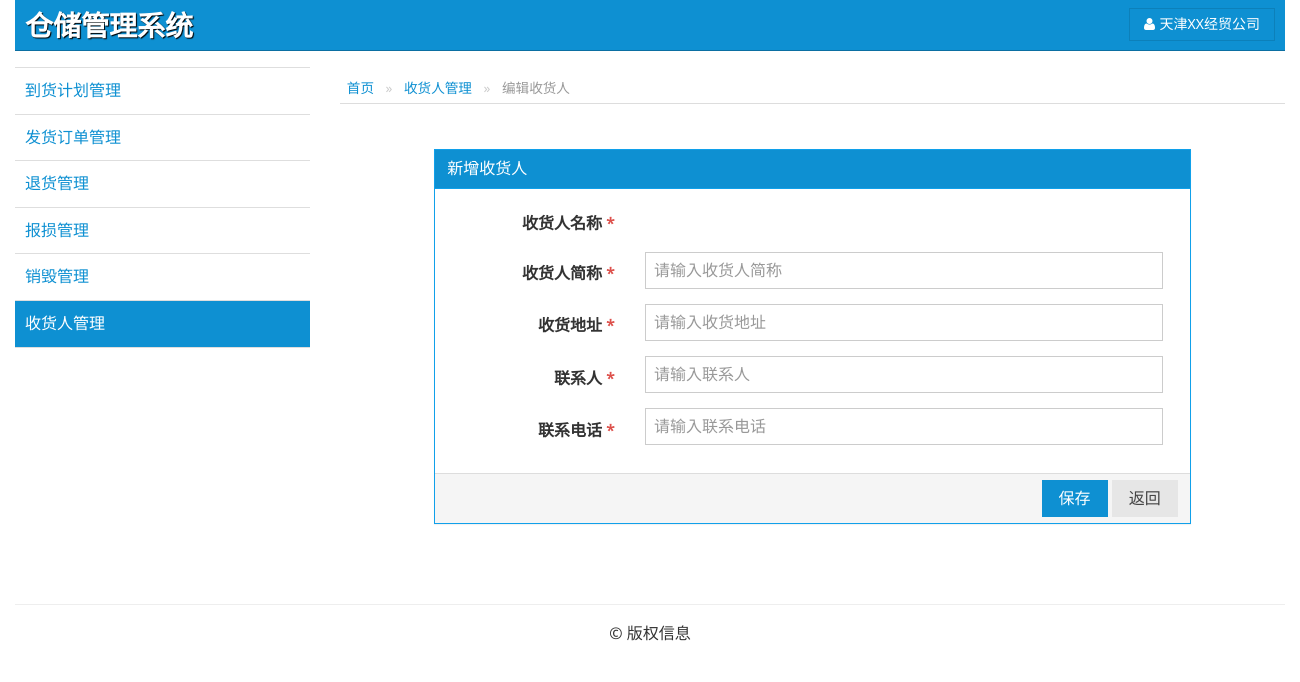
Repository: liuyouth/66
Page: http://localhost/syhz-web/WEB-INF/pages/recipient/edit.jsp
These files come from the project's save history. The page is drawn as it stood at one moment and after the next save; the edit follows.
The browser window is 1280 px wide. The page is 1300 px wide, so the pictures cover 1300 px, including what lies to the right of the window. The pictures show the whole page.
The page is served by Tomcat 9. Nobody is signed in. Other server files are loaded and not shown. The template is opened directly, without the code that normally fills it, so the values that code supplies are empty.

Above is the page before, as saved 2016-07-05 05:55:30.
Console error: SyntaxError: Unexpected token ';'

### syhz-web/WebContent/WEB-INF/pages/recipient/edit.jsp
<%@ page language="java" contentType="text/html; charset=UTF-8" pageEncoding="UTF-8"%>

<%@ include file="/WEB-INF/pages/inc/common.jspf"%>

</head>
<body class="am-container wm-container">

	<!-- header start -->
	<%@ include file="/WEB-INF/pages/inc/header.jsp"%>
	<!-- header end -->

	<div class="am-g">

		<!-- nav start -->
		<%@ include file="/WEB-INF/pages/inc/nav.jsp"%>
		<!-- nav end -->

		<div class="am-u-sm-9">
			<ol class="am-breadcrumb wm-breadcrumb">
				<li><a href="${basePath}/index/view">首页</a></li>
				<li><a href="${basePath}/recipient/list/view">收货人管理</a></li>
				<li class="am-active">编辑收货人</li>
			</ol>
			<hr class="wm-hr">
			<!-- context start -->
			<div class="am-u-sm-10 am-u-sm-centered">
				<form id="addForm" class="am-form wm-form am-form-horizontal" method="post" >
					<div class="am-panel am-panel-primary wm-panel">
						<div class="am-panel-hd">新增收货人</div>
						<div class="am-panel-bd">
							<div class="am-form-group">
								<label class="am-u-sm-3 am-form-label"> 收货人名称<span
									class="am-text-danger">&nbsp;*</span>
								</label>
								<div class="am-u-sm-9">
									<input type="hidden" name="recipientId" >
									<span type="text" name="recipientName" maxlength="50"
										datatype="*" placeholder="请输入收货人名称"></span>
								</div>
							</div>
							<div class="am-form-group">
								<label class="am-u-sm-3 am-form-label"> 收货人简称<span
									class="am-text-danger">&nbsp;*</span>
								</label>
								<div class="am-u-sm-9">
									<input type="text" name="recipientCode" maxlength="20"
										datatype="*" placeholder="请输入收货人简称">
								</div>
							</div>
							<div class="am-form-group">
								<label class="am-u-sm-3 am-form-label"> 收货地址<span
									class="am-text-danger">&nbsp;*</span>
								</label>
								<div class="am-u-sm-9">
									<input type="text" name="recipientAddress" maxlength="100"
										datatype="*" placeholder="请输入收货地址">
								</div>
							</div>
							<div class="am-form-group">
								<label class="am-u-sm-3 am-form-label"> 联系人<span
									class="am-text-danger">&nbsp;*</span>
								</label>
								<div class="am-u-sm-9">
									<input type="text" name="recipientContact" maxlength="20"
										datatype="*" placeholder="请输入联系人">
								</div>
							</div>
							<div class="am-form-group">
								<label class="am-u-sm-3 am-form-label"> 联系电话<span
									class="am-text-danger">&nbsp;*</span>
								</label>
								<div class="am-u-sm-9">
									<input type="text" name="recipientContactPhone" maxlength="20"
										datatype="*" placeholder="请输入联系电话">
								</div>
							</div>
						</div>
						<footer class="am-panel-footer">
							<div class="am-g">
								<label class="am-u-sm-3 am-form-label"></label>
								<div class="am-u-sm-9" style="text-align: right;">
									<button type="button" id="submitBtn"
										class="am-btn am-btn-primary">保存</button>
									<button type="button" class="am-btn am-btn-default"
										onclick="javascript:history.back(-1);">返回</button>
								</div>
							</div>
						</footer>
					</div>
				</form>
			</div>
			<!-- context end -->
		</div>
	</div>

	<!-- modal start -->
	<%@ include file="/WEB-INF/pages/inc/modal.jsp"%>
	<!-- modal end -->

	<!-- footer start -->
	<%@ include file="/WEB-INF/pages/inc/footer.jsp"%>
	<!-- footer end -->
	<script type="text/javascript">
	var id = ${param.id};
	</script>
	<script type="text/javascript" src="${basePath }/js/app/recipient/edit.js"></script>
</body>
</html>

### syhz-web/WebContent/WEB-INF/pages/inc/common.jspf
<%@ page language="java" pageEncoding="utf-8"%>
<%
	String basePath = request.getContextPath();
	request.setAttribute("basePath", basePath);
%>
<!DOCTYPE html>
<html class="no-js">
<head>
	<meta charset="utf-8">
	<meta http-equiv="X-UA-Compatible" content="IE=edge">
	<meta name="description" content="">
	<meta name="keywords" content="">
	<!--<meta name="viewport" content="width=device-width, initial-scale=1.0, minimum-scale=1.0, maximum-scale=1.0, user-scalable=no">-->
	<title>仓储管理系统</title>
	<!-- Set render engine for 360 browser -->
	<meta name="renderer" content="webkit">
	<!-- No Baidu Siteapp-->
	<meta http-equiv="Cache-Control" content="no-siteapp"/>

	<link rel="stylesheet" href="${basePath }/js/lib/amaze/css/amazeui.min.css">
	<link rel="stylesheet" href="${basePath }/js/lib/amaze/css/app.css">

	<!-- datatables-master -->
	<link rel="stylesheet" href="${basePath }/js/lib/datatables-master/amazeui.datatables.min.css">

	<link rel="stylesheet" href="${basePath }/css/common.css">

	<script type="text/javascript" src="${basePath }/js/lib/jquery/jquery-1.10.0.js"></script>

	<!--[if (gte IE 9)|!(IE)]><!-->
	<script type="text/javascript" src="${basePath }/js/lib/amaze/js/jquery.min.js"></script>
	<!--<![endif]-->
	<!--[if lte IE 8 ]>
	<script type="text/javascript" src="http://cdn.staticfile.org/modernizr/2.8.3/modernizr.js"></script>
	<script type="text/javascript" src="${basePath }/js/lib/amaze/js/amazeui.ie8polyfill.min.js"></script>
	<![endif]-->
	<script type="text/javascript" src="${basePath }/js/lib/amaze/js/amazeui.min.js"></script>

	<!-- My97DatePicker -->
	<script type="text/javascript" src="${basePath }/js/lib/My97DatePicker/WdatePicker.js"></script>

	<!-- datatables-master -->
	<script type="text/javascript" src="${basePath }/js/lib/datatables-master/amazeui.datatables.min.js"></script>

	<!-- jquery form -->
	<script type="text/javascript" src="${basePath }/js/lib/jquery/jquery.form.js"></script>

	<!-- Validform -->
	<script type="text/javascript" src="${basePath }/js/lib/Validform/Validform_v5.3.2.js"></script>
	<script type="text/javascript" src="${basePath }/js/lib/Validform/Validform_Datatype.js"></script>

	<script>
	$.ajaxSetup ({
		cache: false //close AJAX cache
	});
	var basePath = "${basePath}";
	</script>

### syhz-web/WebContent/WEB-INF/pages/inc/header.jsp
<%@ page language="java" contentType="text/html; charset=UTF-8" pageEncoding="UTF-8"%>

<header id="hearderAnchor" class="am-topbar am-topbar-inverse">
	<h1 class="am-topbar-brand" style="color: #fff;">
		<strong style="cursor: pointer;font-size: 28px;text-shadow: 1px 1px 1px #000;">仓储管理系统</strong>
	</h1>
	<div class="am-fr" style="margin-right: 10px;">
		<div class="am-btn-group">
			<div class="am-dropdown" data-am-dropdown>
				<button class="am-btn am-btn-primary am-topbar-btn am-btn-sm am-dropdown-toggle" data-am-dropdown-toggle>
					<span class="am-icon-user"></span> 天津XX经贸公司
				</button>
				<ul class="am-dropdown-content">
					<li>
						<a href="javascript:showEditPasswordModal();">修改密码</a>
					</li>
					<li class="am-divider"></li>
					<li>
						<a href="${basePath}/login/view" >
							<span class="am-icon-power-off"></span> 退出
						</a>
					</li>
				</ul>
			</div>
		</div>
	</div>
</header>

<!-- edit password modal start -->
<div class="am-modal am-modal-prompt" tabindex="-1" id="headerEditPasswordModal">
	<div class="am-modal-dialog">
		<div class="am-modal-hd">修改密码</div>
		<div class="am-modal-bd wm-modal-bd">
			<form id="headerEditPasswordForm" class="am-form am-form-horizontal">
				<div class="am-form-group">
					<label class="am-u-sm-3 am-form-label">
						旧密码<span class="am-text-danger">&nbsp;*</span>
					</label>
					<div class="am-u-sm-9">
						<input type="text" placeholder="请输入旧密码">
					</div>
				</div>
				<div class="am-form-group">
					<label class="am-u-sm-3 am-form-label">
						新密码<span class="am-text-danger">&nbsp;*</span>
					</label>
					<div class="am-u-sm-9">
						<input type="text" placeholder="请输入新密码">
					</div>
				</div>
				<div class="am-form-group">
					<label class="am-u-sm-3 am-form-label">
						密码确认<span class="am-text-danger">&nbsp;*</span>
					</label>
					<div class="am-u-sm-9">
						<input type="text" placeholder="请再次输入新密码">
					</div>
				</div>
			</form>
		</div>
		<div class="am-modal-footer">
			<span class="am-modal-btn wm-modal-cancel-btn" data-am-modal-cancel>取消</span>
			<span class="wm-modal-btn" onclick="javascript:void(0);">确定</span>
		</div>
	</div>
</div>
<!-- edit password modal end -->

<script type="text/javascript" src="${basePath }/js/app/inc/header.js"></script>

### syhz-web/WebContent/WEB-INF/pages/inc/nav.jsp
<%@ page language="java" contentType="text/html; charset=UTF-8" pageEncoding="UTF-8"%>

<div class="am-u-sm-3">
	<ul class="am-list admin-sidebar-list" id="wm-nav">

		<li id="nav-1">
			<a href="javascript:void(0);" onclick="javascript:jumpTo('arrival_plan/list');">
				<span class="am-margin-left-sm">到货计划管理</span>
			</a>
		</li>

		<li id="nav-2">
			<a href="javascript:void(0);" onclick="javascript:jumpTo('deliver_order/list');">
				<span class="am-margin-left-sm">发货订单管理</span>
			</a>
		</li>

		<li id="nav-3">
			<a href="javascript:void(0);" onclick="javascript:jumpTo('return_goods/list');">
				<span class="am-margin-left-sm">退货管理</span>
			</a>
		</li>

		<li id="nav-4">
			<a href="javascript:void(0);" onclick="javascript:jumpTo('damage/list');">
				<span class="am-margin-left-sm">报损管理</span>
			</a>
		</li>

		<li id="nav-5">
			<a href="javascript:void(0);" onclick="javascript:jumpTo('destroy/list');">
				<span class="am-margin-left-sm">销毁管理</span>
			</a>
		</li>

		<li id="nav-6">
			<a href="javascript:void(0);" onclick="javascript:jumpTo('recipient/list');">
				<span class="am-margin-left-sm">收货人管理</span>
			</a>
		</li>

	</ul>
</div>

<script type="text/javascript" src="${basePath }/js/app/inc/nav.js"></script>

### syhz-web/WebContent/WEB-INF/pages/inc/modal.jsp
<%@ page language="java" contentType="text/html; charset=UTF-8" pageEncoding="UTF-8"%>

<div class="am-modal am-modal-alert" tabindex="-1" id="wm-alert">
	<div class="am-modal-dialog">
		<div class="am-modal-hd">
			系统消息
		</div>
		<div class="am-modal-bd">
			<span id="wm-alert-modal-show-msg-span"></span>
		</div>
		<div class="am-modal-footer">
			<span class="am-modal-btn">确定</span>
		</div>
	</div>
</div>

<div class="am-modal am-modal-confirm" tabindex="-1" id="wm-confirm">
	<div class="am-modal-dialog">
		<div class="am-modal-hd">
			系统消息
		</div>
		<div class="am-modal-bd">
			<span id="wm-confirm-modal-show-msg-span"></span>
		</div>
		<div class="am-modal-footer">
			<span class="am-modal-btn wm-modal-cancel-btn" data-am-modal-cancel>取消</span>
			<span class="am-modal-btn" data-am-modal-confirm>确定</span>
		</div>
	</div>
</div>

<div class="am-modal am-modal-loading am-modal-no-btn" tabindex="-1" id="wm-modal-loading">
	<div class="am-modal-dialog">
		<div class="am-modal-hd">处理中，请稍后...</div>
		<div class="am-modal-bd">
			<span class="am-icon-spinner am-icon-spin"></span>
		</div>
	</div>
</div>

<script type="text/javascript" src="${basePath }/js/app/inc/modal.js"></script>

### syhz-web/WebContent/WEB-INF/pages/inc/footer.jsp
<%@ page language="java" contentType="text/html; charset=UTF-8" pageEncoding="UTF-8"%>

<div class="footer" style="height: 100px;margin-top: 50px;">
	<hr>
	<div class="am-g">
		<div class="am-u-sm-6 am-u-sm-centered" style="text-align:center;">
			<p>© 版权信息</p>
		</div>
	</div>
</div>

### syhz-web/WebContent/css/common.css
body {

}

fieldset {
	margin: 0 0 0.7rem 0 !important;
	padding: 0 !important;
}

legend {
	margin: 0 !important;
	padding: 0 !important;
}

textarea {
	resize: none !important;
}

.wm-container {
	width: 100% !important;
	min-width: 1300px !important;
	max-width: 100% !important;
}

.wm-breadcrumb {
	margin: 0 !important;
	padding-bottom: 0;
}

.wm-form {
	padding: 10px 0;
}

.wm-hr {
	margin: 5px 0px !important;
	border-top: 1px solid #ddd;
}

.wm-nav-active {
	background-color: #0e90d2 !important;
}

.wm-nav-active a {
	color: #fff;
}

.wm-modal-bd {
	padding-top: 15px !important;
	border-top: 1px solid #dedede;
}

.wm-modal-btn {
	display: table-cell !important;
	padding: 0 5px;
	height: 44px;
	-webkit-box-sizing: border-box !important;
	box-sizing: border-box !important;
	font-size: 1.6rem;
	line-height: 44px;
	text-align: center;
	color: #0e90d2;
	display: block;
	word-wrap: normal;
	text-overflow: ellipsis;
	white-space: nowrap;
	overflow: hidden;
	cursor: pointer;
	border-right: 1px solid #dedede;
}

.wm-modal-cancel-btn {
	color: #999;
}

.wm-toTop {
	border: 1px solid #DDDDDD;
	width: 46px;
	height: 50px;
	position: fixed;
	bottom: 150px;
	right: 30px;
	z-index: 1009;
	background-color: white;
}

.wm-toTop:HOVER {
	cursor: pointer;
}

.wm-toTop a:HOVER {
	cursor: pointer;
	text-decoration: none;
}

.wm-toTop i {
	color: #DDDDDD;
}

.wm-toTop i:HOVER {
	color: #999;
}

.wm-toTop i:BEFORE {
	font-size: 300%;
	vertical-align: -22%;
}

.wm-table {
	margin-bottom: 0;
}

.wm-panel {
	margin-top: 30px;
}
/* lisi start */
.wm-inner-table-title {
	border-bottom: 1px solid #10a0ea;
}

.wm-inner-table-title-label {
	background-color: #10a0ea;
	color: #fff;
	margin: 0px;
	padding: .6em 1em;
	vertical-align: middle;
	line-height: 1.2;
	outline: 0;
}
/* top view start */
.wm-u-sm-12 {
	margin: 0 !important;
	padding: 0 !important;
}

.wm-grid {
	border: 1px solid #999;
	text-align: center;
	vertical-align: middle;
	float: left;
}

div.wm-grid:HOVER {
	cursor: pointer;
}

.wm-grid-a {
	width: 60px;
	height: 25px;
}

.wm-grid-e1 {
	width: 40px;
	height: 100px;
}

.wm-grid-e2 {
	width: 40px;
	height: 50px;
}

.wm-grid-e3 {
	width: 40px;
	height: 75px;
}

.wm-empty-line {
	height: 25px;
}

.wm-cell-disable {
	background-color: #999;
	color: #fff;
}

.wm-grid-a-cell {
	width: 50%;
	height: 50px;
}

.wm-grid-e1-cell {
	width: 25%;
	height: 50px;
}

.wm-grid-e2-cell {
	width: 50%;
	height: 50px;
}

.wm-grid-e3-cell {
	width: 33.33%;
	height: 50px;
}

.wm-grid-a-cell-split-x {
	width: 50%;
	float: left;
}

.wm-grid-a-cell-split-line-x {
	border-right: thin dashed #999;
}

.wm-grid-a-cell-split-y {
	width: 100%;
	height: 25px;
}

.wm-grid-a-cell-split-line-y {
	border-bottom: thin dashed #999;
}
/* top view end */
[class*=am-icon-] {
	margin-right: 1px;
}

.Validform_checktip {
	/*margin-left: 8px;
	line-height: 20px;
	height: 20px;
	overflow: hidden;
	color: #999;
	font-size: 12px;*/
}

.Validform_right {
	color: #71b83d;
	padding-left: 20px;
	background: url(../images/right.png) no-repeat left center;
}

.Validform_wrong {
	color: red;
	padding-left: 20px;
	white-space: nowrap;
	background: url(../images/error.png) no-repeat left center;
}

.Validform_loading {
	padding-left: 20px;
	background: url(../images/onLoad.gif) no-repeat left center;
}

.Validform_error {
	background-color: #ffe7e7;
}

#Validform_msg {
	color: #7d8289;
	font: 12px/1.5 tahoma, arial, \5b8b\4f53, sans-serif;
	width: 280px;
	-webkit-box-shadow: 2px 2px 3px #aaa;
	-moz-box-shadow: 2px 2px 3px #aaa;
	background: #fff;
	position: absolute;
	top: 0px;
	right: 50px;
	z-index: 99999;
	display: none;
	filter: progid:DXImageTransform.Microsoft.Shadow(Strength=3, Direction=135,
		Color='#999999');
}

#Validform_msg .iframe {
	position: absolute;
	left: 0px;
	top: -1px;
	z-index: -1;
}

#Validform_msg .Validform_title {
	line-height: 25px;
	height: 25px;
	text-align: left;
	font-weight: bold;
	padding: 0 8px;
	color: #fff;
	position: relative;
	background-color: #000;
}

#Validform_msg a.Validform_close:link, #Validform_msg a.Validform_close:visited
	{
	line-height: 22px;
	position: absolute;
	right: 8px;
	top: 0px;
	color: #fff;
	text-decoration: none;
}

#Validform_msg a.Validform_close:hover {
	color: #cc0;
}

#Validform_msg .Validform_info {
	padding: 8px;
	border: 1px solid #000;
	border-top: none;
	text-align: left;
}
/* lisi end */

/* mujianling start */
/* mujianling end */

### syhz-web/WebContent/js/app/inc/header.js
function showEditPasswordModal() {
	$('#headerEditPasswordForm').form('clear');
	$('#headerEditPasswordModal').modal('open');
}

### syhz-web/WebContent/js/app/inc/nav.js
function toggleNav(f, s, t) {
	if (t != 0 && s != 0) {
		$("#nav-" + f).collapse('toggle');
		$("#nav-" + f + "-" + s).collapse('toggle');
		$("#nav-" + f + "-" + s + "-" + t).addClass("wm-nav-active");
	} else {
		if (s != 0) {
			$("#nav-" + f).collapse('toggle');
			$("#nav-" + f + "-" + s).addClass("wm-nav-active");
		} else {
			$("#nav-" + f).addClass("wm-nav-active");
		}
	}
}
function jumpTo(p) {
	window.location.href = basePath + "/" + p + "/view";
}

### syhz-web/WebContent/js/app/inc/modal.js
function alertWm(msg, okfn) {
	$("#wm-alert-modal-show-msg-span").text(msg);
	$('#wm-alert').on('closed.modal.amui', function() {
		if (okfn != undefined) {
			okfn();
		}
	});
	$('#wm-alert').modal('open');
}

function confirmWm(msg, okfn, ngfn) {
	$("#wm-confirm-modal-show-msg-span").text(msg);
	$('#wm-confirm').modal({
		relatedTarget : this,
		onConfirm : function(options) {
			if (okfn != undefined) {
				okfn();
			}
		},
		onCancel : function() {
			if (ngfn != undefined) {
				ngfn();
			}
		}
	});
	$('#wm-confirm').modal('open');
}

function showLoadingWm() {
	$('#wm-modal-loading').modal('open');
}

function hideLoadingWm() {
	$('#wm-modal-loading').modal('close');
}

### syhz-web/WebContent/js/app/recipient/edit.js
$(function() {
	// 切换导航状态
	toggleNav(6, 0, 0);
	read();
	//初始化验证插件
	$valid = $("#addForm").Validform({
		btnSubmit:"#submitBtn",
		tiptype:4,
		ignoreHidden:true,
		dragonfly:false,
		tipSweep:false,
		showAllError:true,
		postonce:true,
		ajaxPost:false,
		datatype:{

		},
		usePlugin:{
		},
		beforeCheck:function(curform){
			//在表单提交执行验证之前执行的函数，curform参数是当前表单对象。
			//这里明确return false的话将不会继续执行验证操作;
		},
		beforeSubmit:function(curform){
			//在验证成功后，表单提交前执行的函数，curform参数是当前表单对象。
			//这里明确return false的话表单将不会提交;
			upDate();
			return false;
		},
		callback:function(data){
			//返回数据data是json对象，{"info":"demo info","status":"y"}
			//info: 输出提示信息;
			//status: 返回提交数据的状态,是否提交成功。如可以用"y"表示提交成功，"n"表示提交失败，在ajax_post.php文件返回数据里自定字符，主要用在callback函数里根据该值执行相应的回调操作;
			//你也可以在ajax_post.php文件返回更多信息在这里获取，进行相应操作；
			//ajax遇到服务端错误时也会执行回调，这时的data是{ status:**, statusText:**, readyState:**, responseText:** }；

			//这里执行回调操作;
			//注意：如果不是ajax方式提交表单，传入callback，这时data参数是当前表单对象，回调函数会在表单验证全部通过后执行，然后判断是否提交表单，如果callback里明确return false，则表单不会提交，如果return true或没有return，则会提交表单。
		}
	});
});
function read(){
	$.ajax({
		url : basePath + "/recipient/read",
		data : {
			recipientId : id
		},
		dataType : "json",
		type : "post",
		success : function(data) {
			if (data.success) {
				$("#addForm").form('load', data.msg[0]);
			} else {
				alert(data.msg);
			}
		},

		error : function() {
			alert("请求失败");
		}
	});
}
function upDate(){
	$.ajax({
		url : basePath + "/recipient/update",
		data : $("#addForm").serialize(),
		dataType : "json",
		type : "post",
		success : function(data) {
			if (data.success) {
				alert("保存成功！");
			} else {
				alert(data.msg);
			}
		},

		error : function() {
			alert("请求失败");
		}
	});
}

### syhz-web/WebContent/js/lib/My97DatePicker/skin/WdatePicker.css
.Wdate {
	border: #999 1px solid;
	height: 20px;
	background: #fff url(datePicker.gif) no-repeat right;
}

.wm-Wdate {
	background: #fff url(datePicker.gif) no-repeat right !important;
}

.WdateFmtErr {
	font-weight: bold;
	color: red;
}

Loaded but not shown: syhz-web/WebContent/js/lib/amaze/css/amazeui.min.css (library); syhz-web/WebContent/js/lib/amaze/css/app.css (common file); syhz-web/WebContent/js/lib/datatables-master/amazeui.datatables.min.css (library); syhz-web/WebContent/js/lib/jquery/jquery-1.10.0.js (library); syhz-web/WebContent/js/lib/amaze/js/jquery.min.js (library); syhz-web/WebContent/js/lib/amaze/js/amazeui.min.js (library); syhz-web/WebContent/js/lib/My97DatePicker/WdatePicker.js (library); syhz-web/WebContent/js/lib/datatables-master/amazeui.datatables.min.js (library); syhz-web/WebContent/js/lib/Validform/Validform_v5.3.2.js (library); syhz-web/WebContent/js/lib/Validform/Validform_Datatype.js (library); syhz-web/WebContent/js/lib/jquery/jquery.form.js (no copy from this time; the picture is the same without it)

After the next save:
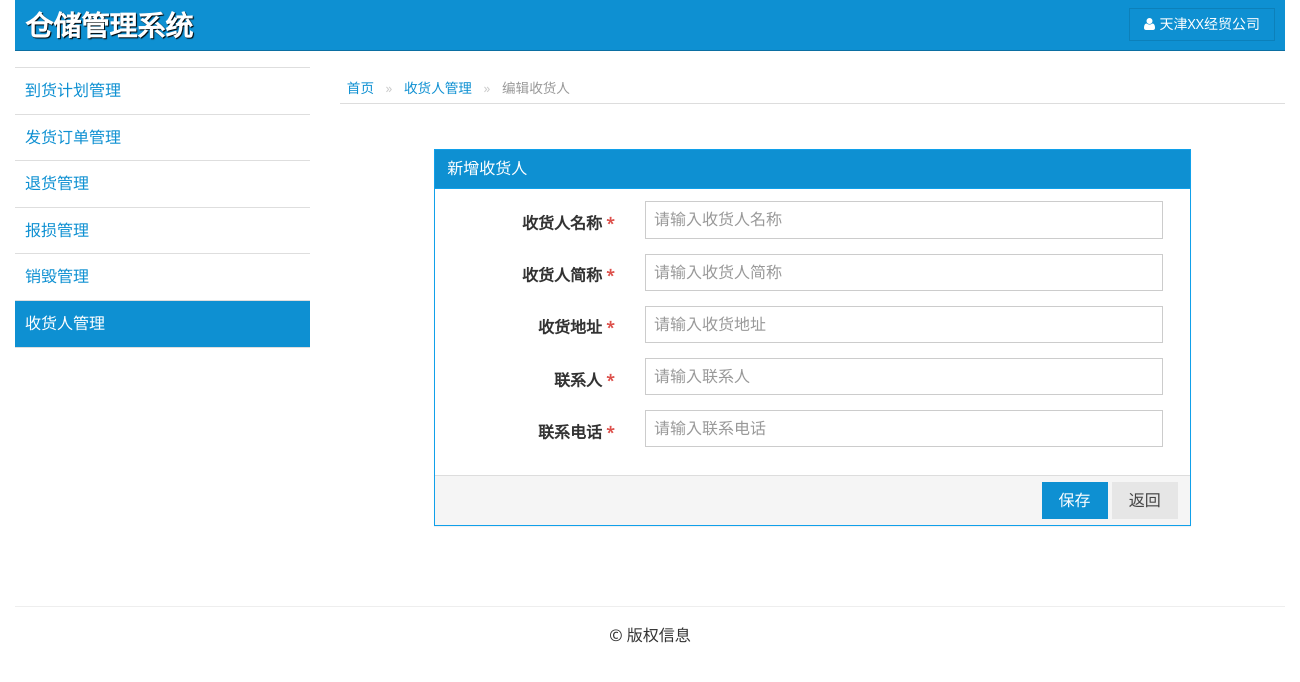
Saved 47 s later.
--- a/syhz-web/WebContent/WEB-INF/pages/recipient/edit.jsp
+++ b/syhz-web/WebContent/WEB-INF/pages/recipient/edit.jsp
@@ -34,8 +34,8 @@
 								</label>
 								<div class="am-u-sm-9">
 									<input type="hidden" name="recipientId" >
-									<span type="text" name="recipientName" maxlength="50"
-										datatype="*" placeholder="请输入收货人名称"></span>
+									<input type="text" name="recipientName" maxlength="50"
+										datatype="*" placeholder="请输入收货人名称">
 								</div>
 							</div>
 							<div class="am-form-group">
